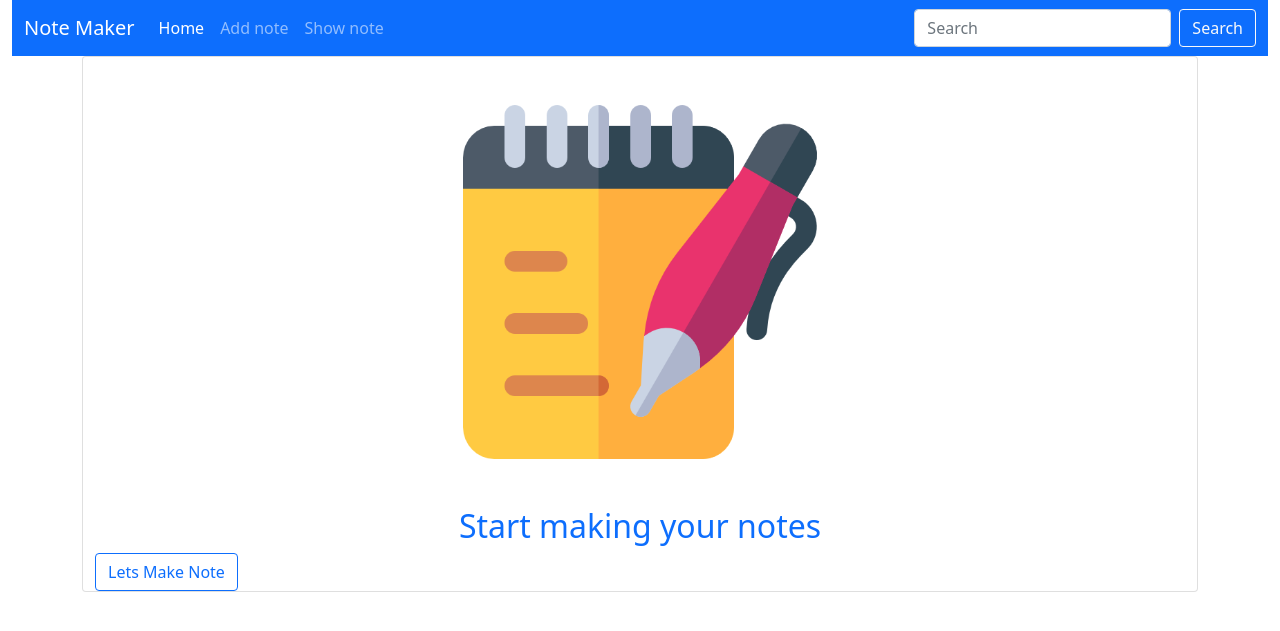
Repository: sachin1830/hibernateproject
Page: http://localhost/com.todolist/
These files come from the project's save history. The page is drawn as it stood at one moment and after the next save; the edit follows.
The browser window is 1280 px wide. The pictures show the whole page.
Some web libraries are served in a nearby version. The page is served by Tomcat 9. Other server files are loaded and not shown.

Above is the page before, as saved 2021-01-23 06:03:28.

### com.todolist/src/main/webapp/index.jsp
<!doctype html>
<html lang="en">
  <head>
    <!-- Required meta tags -->
    <meta charset="utf-8">
    <meta name="viewport" content="width=device-width, initial-scale=1">

    <!-- Bootstrap CSS -->
    <link href="https://cdn.jsdelivr.net/npm/bootstrap@5.0.0-beta1/dist/css/bootstrap.min.css" rel="stylesheet" integrity="sha384-giJF6kkoqNQ00vy+HMDP7azOuL0xtbfIcaT9wjKHr8RbDVddVHyTfAAsrekwKmP1" crossorigin="anonymous">

    <title>Todolist</title>
  </head>
  <body>
  	<div class="container-fluid">
  		<%@include file="navbar.jsp" %>
  	</div>
  	<div class="container">
  		<div class="card">
  			<img src="img/notes.png" alt="image not found" style="max-width:450px" class="img-fluid mx-auto p-5">
  			<h2 class="text-center text-primary">Start making your notes </h2>
  			<div class="container">
  			<a class="btn btn-outline-primary">Lets Make Note</a>
  			</div>

  		</div>
  	</div>

    <script src="https://cdn.jsdelivr.net/npm/bootstrap@5.0.0-beta1/dist/js/bootstrap.bundle.min.js" integrity="sha384-ygbV9kiqUc6oa4msXn9868pTtWMgiQaeYH7/t7LECLbyPA2x65Kgf80OJFdroafW" crossorigin="anonymous"></script>
    <script src="https://cdn.jsdelivr.net/npm/@popperjs/core@2.5.4/dist/umd/popper.min.js" integrity="sha384-q2kxQ16AaE6UbzuKqyBE9/u/KzioAlnx2maXQHiDX9d4/zp8Ok3f+M7DPm+Ib6IU" crossorigin="anonymous"></script>
    <script src="https://cdn.jsdelivr.net/npm/bootstrap@5.0.0-beta1/dist/js/bootstrap.min.js" integrity="sha384-pQQkAEnwaBkjpqZ8RU1fF1AKtTcHJwFl3pblpTlHXybJjHpMYo79HY3hIi4NKxyj" crossorigin="anonymous"></script>

  </body>
</html>

### com.todolist/src/main/webapp/navbar.jsp
<nav class="navbar navbar-expand-lg navbar-dark bg-primary">
  <div class="container-fluid">
    <a class="navbar-brand" href="index.jsp">Note Maker</a>
    <button class="navbar-toggler" type="button" data-bs-toggle="collapse" data-bs-target="#navbarSupportedContent" aria-controls="navbarSupportedContent" aria-expanded="false" aria-label="Toggle navigation">
      <span class="navbar-toggler-icon"></span>
    </button>
    <div class="collapse navbar-collapse" id="navbarSupportedContent">
      <ul class="navbar-nav me-auto mb-2 mb-lg-0">

        <li class="nav-item">
          <a class="nav-link active" aria-current="page" href="index.jsp">Home</a>
        </li>
        <li class="nav-item">
          <a class="nav-link" href="add_note.jsp">Add note </a>
        </li>
         <li class="nav-item">
          <a class="nav-link" href="all_note.jsp">Show note </a>
        </li>

      </ul>
      <form class="d-flex">
        <input class="form-control me-2" type="search" placeholder="Search" aria-label="Search">
        <button class="btn btn-outline-light" type="submit">Search</button>
      </form>
    </div>
  </div>
</nav>

After the next save:
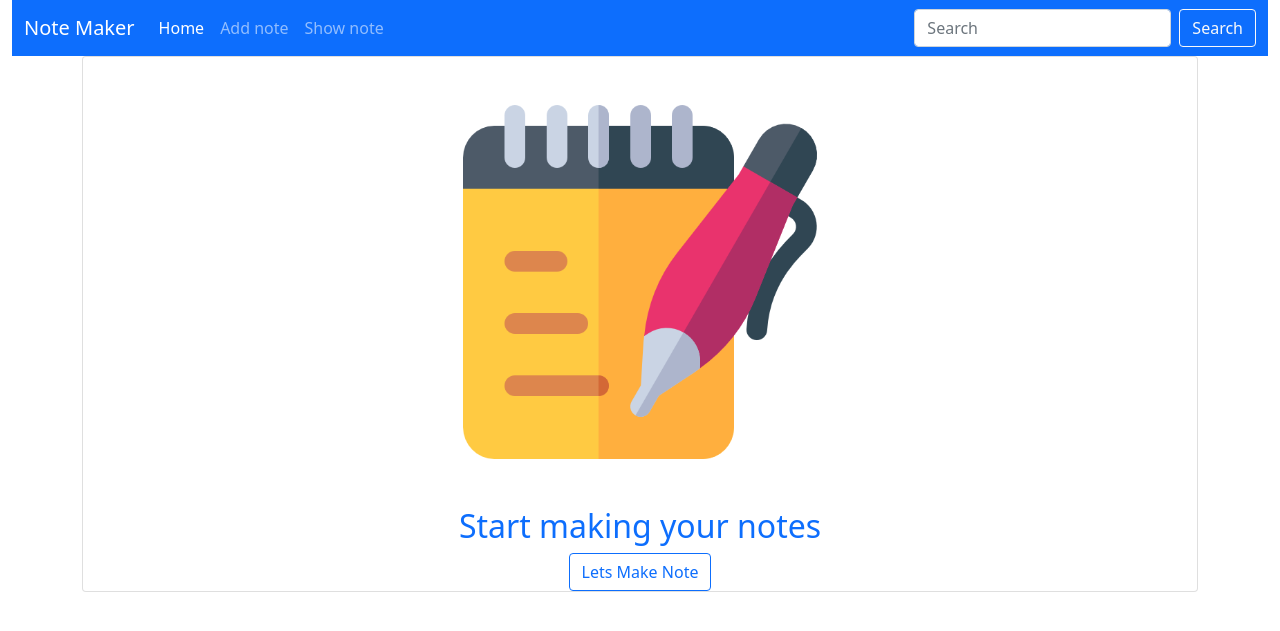
Saved 8 s later.
--- a/com.todolist/src/main/webapp/index.jsp
+++ b/com.todolist/src/main/webapp/index.jsp
@@ -18,7 +18,7 @@
   		<div class="card">
   			<img src="img/notes.png" alt="image not found" style="max-width:450px" class="img-fluid mx-auto p-5">
   			<h2 class="text-center text-primary">Start making your notes </h2>
-  			<div class="container">
+  			<div class="container text-center">
   			<a class="btn btn-outline-primary">Lets Make Note</a>
   			</div>
 
